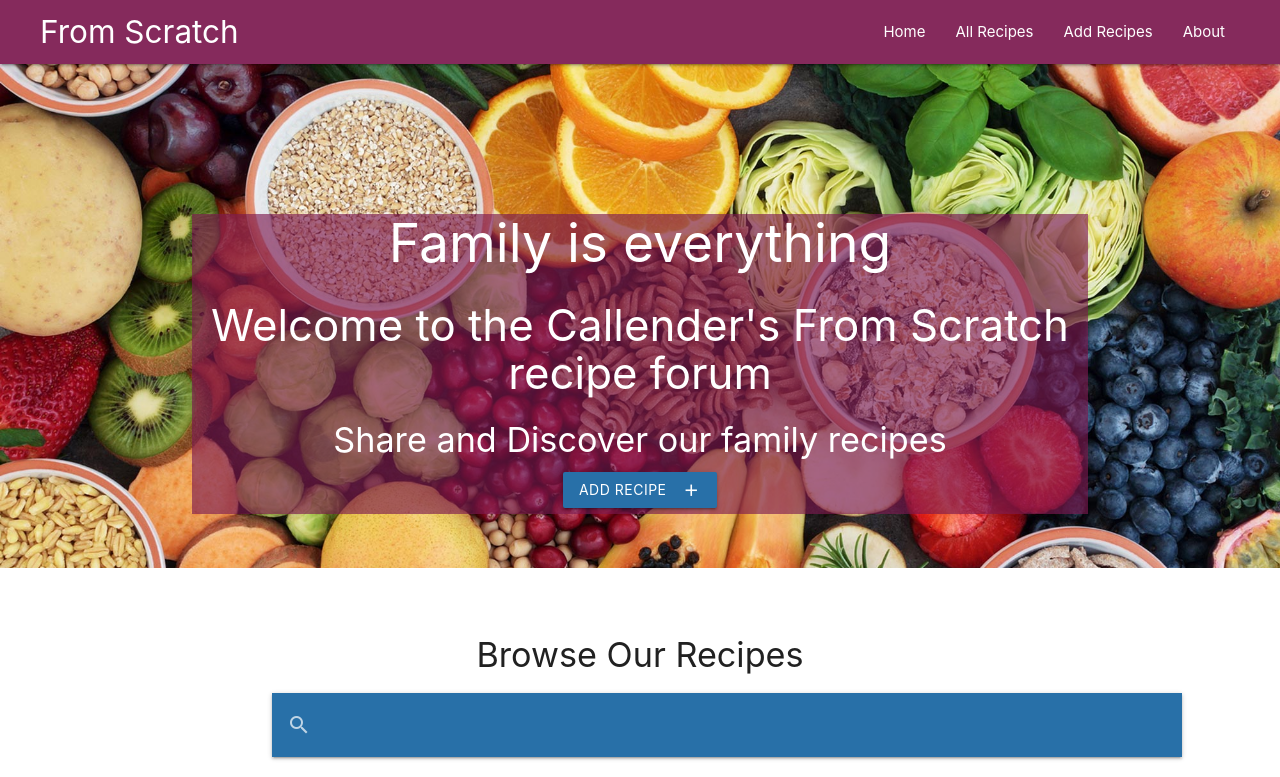
Repository: callendera/MilestoneProject3
Page: http://localhost/
The author's editor kept a record of every edit. The page is drawn from the files as they stood at one moment, then again after the next edit.
The browser window is 1280 px wide. The pictures show the whole page.
Backgrounds fixed to the window are drawn as part of the page. The page is served by the project's application, run on Flask 3 (recipe.py). Queries for data that is not in the repository find no rows.

Above is the page before.
Console error: SyntaxError: Unexpected token ')'

### templates/recipehome.html
{% extends 'base.html' %} {% block content %}
<div class="callout background-callout">
    <div class="container callout-text-background-color">

        <h2>Family is everything</h2>
        <h3>Welcome to the Callender's From Scratch recipe forum</h3>
        <h4>Share and Discover our family recipes</h4>
        <a href="#modal1" class="font-color modal-trigger"><button class="btn waves-effect waves-light center my-btn-color">Add Recipe
        <i class="material-icons right">add</i></a>

    </div>
</div>

<div id="all-recipes"></div>
</br>
</br>
<div class="container flow-text">
    <h4 class="center">Browse Our Recipes</h4>
    <div class="row recipe-row-margin">
            <nav class="my-search-bar-margin center">
                <div class="nav-wrapper my-btn-color">
                    <form>
                        <div class="input-field">
                            <input id="search" type="search" required>
                            <label class="label-icon" for="search"><i class="material-icons">search</i></label>
                            <i class="material-icons">close</i>
                        </div>
                    </form>
                </div>
            </nav>
        {% for recipes in from_scratch %}
        <div class="col s6">
            <a href="{{url_for('view_recipe', recipe_id=recipes._id)}}"><img class="materialboxed recipe-image" data-caption="{{recipes.recipe_name}}" src="{{recipes.recipe_image}}" alt="No Image Available"></a>
            <p class="recipe-name-margin"><strong>{{recipes.recipe_name}}</strong></p>
        </div>
        {% endfor %}
    </div>
</div>
{% endblock %}

### templates/base.html
<!DOCTYPE html>
<html>

<head>
    <link href="https://fonts.googleapis.com/icon?family=Material+Icons" rel="stylesheet">
    <!--link for Icons in Materialize-->

    <!--JQuery needs to be active before Materialize can render its' data-->

    <link rel="stylesheet" href="https://cdnjs.cloudflare.com/ajax/libs/materialize/1.0.0/css/materialize.min.css">
    <link rel="stylesheet" href="{{url_for('static',filename='css/style.css')}}" type="text/css" />
</head>

<body>
    <div class="navbar-fixed ">
        <nav class="transparent">
            <div class="nav-wrapper my-navbar-margin">
                <a href="index.html" class="brand-logo">From Scratch</a>
                <a href="#" data-target="mobile-nav" class="sidenav-trigger"><i class="material-icons">menu</i></a>
                <ul class="right hide-on-med-and-down">
                    <li><a href="{{ url_for('get_recipes') }}">Home</a></li>
                    <li><a href="#all-recipes">All Recipes</a></li>
                    <li><a class="modal-trigger" href="#modal1">Add Recipes</a></li>
                    <li><a href="mobile.html">About</a></li>
                </ul>
            </div>
        </nav>
    </div>


    <ul class="sidenav" id="mobile-nav">
        <li><a href="{{ url_for('get_recipes') }}">Home</a></li>
        <li><a href="#all-recipes">All Recipes</a></li>
        <li><a class="modal-trigger" href="#modal1">Add Recipes</a></li>
        <li><a href="mobile.html">About</a></li>
    </ul>



    {% block content %}
    <!--contains any content needed for each page, this give a template for such-->
    {% endblock %}
    <div id="modal1" class="modal">
        <div class="modal-content">
            <h3>Add Recipe</h3>
            <div class="row">
                <form class="col s12" action="{{ url_for('insert_recipe') }}" method='POST'>
                    <div class="row">
                        <div class="input-field col s6">
                            <input id="recipe_name" name="recipe_name" type="text" class="validate" required="" aria-required="true">
                            <label for="recipe_name">Recipe Name</label>
                        </div>

                        <div class="input-field col s6">
                            <select id="recipe_type" name="recipe_type" required="" aria-required="true">
                  <option value="" disabled selected>Choose your option</option>
                  <option value="1">Vegetarian</option>
                  <option value="2">Chicken</option>
                  <option value="3">Beef</option>
                  <option value="3">Vegan</option>
                  <option value="3">Fish</option>
                  <option value="3">Pork</option>
                </select>
                            <label>What is your recipe?</label>
                        </div>
                    </div>
                    <div class="row">
                        <div class="input-field col s12">
                            <input placeholder="List all Ingredients and Special Instructions" name="ingredients0" id="ingredients0" type="text" class="validate" required="" aria-required="true">
                            <label for="ingredients0">Ingredients</label>
                        </div>
                    </div>
                    <div class="row">
                        <div class="input-field col s12">
                            <input id="directions0" name="directions0" type="text" class="validate" required="" aria-required="true">
                            <label for="directions0">Directions</label>
                        </div>
                    </div>
                    <div class="row">
                        <div class="input-field col s12">
                            <input id="nutrition0" name="nutrition0" type="text" class="validate" required="" aria-required="true">
                            <label for="nutrition0">Nutrition Facts</label>
                        </div>
                    </div>
                    <div class="row">
                        <div class="col s6">
                            Serves:
                            <div class="input-field inline">
                                <input id="serves" name="serves" type="number" class="validate" required="" aria-required="true">
                                <label for="serves">How Many People? </label>

                            </div>
                        </div>
                        <div class="input-field col s6">
                            <input placeholder="Your Name" id="recipe_name" name="recipe_name" type="text" class="validate" required="" aria-required="true">
                            <label for="recipe_name">Recipe by:</label>
                        </div>
                    </div>
                    <div class="row">
                        <div class="input-field col s12">
                            <input placeholder="Please give the URL of your recipe image" id="recipe_image" name="recipe_image" type="text" class="validate">
                            <label for="recipe_image">Recipe Image</label>
                        </div>
                    </div>
                    <button class="btn waves-effect waves-light right my-btn-color" type="submit" name="action">Add Recipe
            <i class="material-icons right">add</i>
         </button>
                </form>
            </div>
        </div>

        <script src="https://cdnjs.cloudflare.com/ajax/libs/jquery/3.4.1/jquery.min.js" integrity="sha256-CSXorXvZcTkaix6Yvo6HppcZGetbYMGWSFlBw8HfCJo=" crossorigin="anonymous"></script>
        <script src="https://cdnjs.cloudflare.com/ajax/libs/materialize/1.0.0/js/materialize.min.js"></script>

        <script src='http://code.jquery.com/jquery-3.3.1.min.js'></script>
        <script src='/javascripts/register.js'></script>
        <!-- Script to use Materialize functionality-->
        <script type="text/javascript">
            $(document).ready(function() {
                $('select').formSelect();
            });
        </script>
        <script type="text/javascript">
            $(document).ready(function() {
                $('.collapsible').collapsible();
            });
        </script>
        <script type="text/javascript">
            $(document).ready(function() {
                $('.sidenav').sidenav();
            });
        </script>
        <script type="text/javascript">
            $(document).ready(function() {
                $('.fixed-action-btn').floatingActionButton();
            });
        </script>
        <script type="text/javascript">
            $(document).ready(function() {
                $('.modal').modal();
            });
        </script>


        <!-- script for the collapsibles-->
</body>

</html>

### recipe.py
import os
from flask import Flask, render_template, redirect, request, url_for
from flask_pymongo import PyMongo
from bson.objectid import ObjectId
#sets up application for use with PyMongo, Flask

app = Flask(__name__)
app.config["MONGO_DBNAME"] = 'from_scratch'
#creates link between Database and application
app.config["MONGO_URI"] = os.getenv("MONGO_URI")

#creates application to be tested

mongo = PyMongo(app)

@app.route('/')

@app.route('/get_recipes')
#Display text as proof of concept
def get_recipes():
    from_scratch = mongo.db.recipes.find()
    return render_template( "recipehome.html", from_scratch=from_scratch)

@app.route('/add_recipes')
def add_recipes():
    from_scratch = mongo.db.recipes.find()
    return render_template("recipehome.html")

@app.route('/insert_recipe', methods=['POST'])
def insert_recipe():
    from_scratch = mongo.db.recipes
    from_scratch.insert_one(request.form.to_dict())
    return redirect(url_for('get_recipes'))

@app.route('/view_recipe/<recipe_id>')
def view_recipe(recipe_id):
    return render_template('recipedetails.html', from_scratch=mongo.db.recipes.find({'_id': ObjectId(recipe_id)}))

if __name__ == '__main__':
    app.run(host=os.environ.get('IP'),
            port=int(os.environ.get('PORT')),
            debug=True)
#So they know how and where to run application

### static/css/style.css
.recipe-image {
    height: 300px;
    width: 400px;
    padding: 20px;
    padding-bottom: 0px;
    margin-top: 20px;
}

.recipe-name-margin {
    margin-top: 0px;
}

.view-recipe-container-margin {
    margin-bottom: 60px;
}

.background-callout {
    /*--- FOR ALL BACKGROUND CONTAINERS sets background image for callout container.
    it is set to not repeat, so the image doesnt stretch, and the image will be centered horizontally and
    pushed to the top of the container. the background will also not scroll, but remained positioned so things will scroll past it---*/
    background: url(../images/home.jpg)no-repeat center center fixed;
    -webkit-background-size: cover;
    -moz-background-size: cover;
    -o-background-size: cover;
    background-size: cover;
    overflow: hidden;
    align-items: center;
    justify-content: center;
    height: 40vh;
}


.callout-text-background-color {
    text-align: center;
    background-color: #7c1a50a3;
    color: white;
    height: 300px;
    margin-top: 400px;


}

.view-recipe-image {
    height: 500px;
    width: 800px;
    margin-left: 125px;
    margin-top: 30px;
}

.recipe-row-margin {
    margin-left: 80px;
}

.my-navbar-margin {
    padding-left: 40px;
    padding-right: 40px;
    background-color: #7c1a50ed;
}

.my-btn-color {
    background-color: #2870a8;
}

.my-btn-color:hover {
    /*--- color of background: blue ---*/
    background-color: #2870a8cf;
    /*--- when mouse is hovered the button will transition for
    .40seconds to a darker green color. the color will gradually ease in and then ease out. ---*/
    transition: all 0.40s ease-in-out;
    -moz-transition: all 0.40s ease-in-out;
    -webkit-transition: all 0.40s ease-in-out;
    -o-transition: all 0.40s ease-in-out;
    /*--- adjustments for each web browser ---*/
}


.my-link-color {
    color: #3384d8;
}

.font-color {
    color: white;
}

.my-search-bar-margin {
    margin-top: 20px;
    width: 910px;
}

/*---Media Queries---*/

/*--- adjustemnts for different screensizes,
    small-->big all features tested on google chrome inspect ---*/

@media (min-width: 576px) {
    .callout-text-background-color {
       margin-top: 200px; ;
    }

}

@media (min-width: 768px) {
    .background-callout {

        background: url("../images/home.jpg")no-repeat center center fixed;
        /*--- adjusts background for different browsers ---*/
        -webkit-background-size: cover;
        -moz-background-size: cover;
        -o-background-size: cover;
        background-size: cover;

        /*--- makes the background fit to the container ---*/
        overflow: hidden;

        /*--- aligns and justifies text in container ---*/
        align-items: center;
        justify-content: center;
        /*--- the height that container will take up in the viewport ---*/
        height: 60vh;
    }
    .callout-text-background-color {
       margin-top: 50px; ;
    }

}

@media (min-width: 992px) {
    .background-callout {

        background: url("../images/home.jpg")no-repeat center center fixed;
        /*--- adjusts background for different browsers ---*/
        -webkit-background-size: cover;
        -moz-background-size: cover;
        -o-background-size: cover;
        background-size: cover;

        /*--- makes the background fit to the container ---*/
        overflow: hidden;

        /*--- aligns and justifies text in container ---*/
        align-items: center;
        justify-content: center;
        /*--- the height that container will take up in the viewport ---*/
        height: 60vh;
    }
    .callout-text-background-color {
       margin-top: 90px; ;
    }
}

@media (min-width: 1200px) {
    .background-callout {

        background: url("../images/foods.jpg")no-repeat center center fixed;
        /*--- adjusts background for different browsers ---*/
        -webkit-background-size: cover;
        -moz-background-size: cover;
        -o-background-size: cover;
        background-size: cover;

        /*--- makes the background fit to the container ---*/
        overflow: hidden;

        /*--- aligns and justifies text in container ---*/
        align-items: center;
        justify-content: center;
        /*--- the height that container will take up in the viewport ---*/
        height: 70vh;
    }
    .callout-text-background-color {
       margin-top: 150px; ;
    }
}

### register.js
$(function(){
    $("#register").on('click', function(event){
        event.preventDefault();
        var username   = $("#username").val();
        var password   = $("#password").val();

        if(!username || !password ||){
            $("#msgDiv").show().html("All fields are required.");
        }
        else{
            $.ajax({
                url: "/register",
                method: "POST",
                data: { user_name: username, password: password }
            }).done(function( data ) {
                if ( data ) {
                    if(data.status == 'error'){
                        var errors = '<ul>';
                        $.each( data.message, function( key, value ) {
                            errors = errors +'<li>'+value.msg+'</li>';
                        });
                        errors = errors+ '</ul>';
                        $("#msgDiv").html(errors).show();
                    }else{
                        $("#msgDiv").removeClass('invalid').addClass('valid').html(data.message).show();
                    }
                }
            });
        }
    });
});

After the next edit:
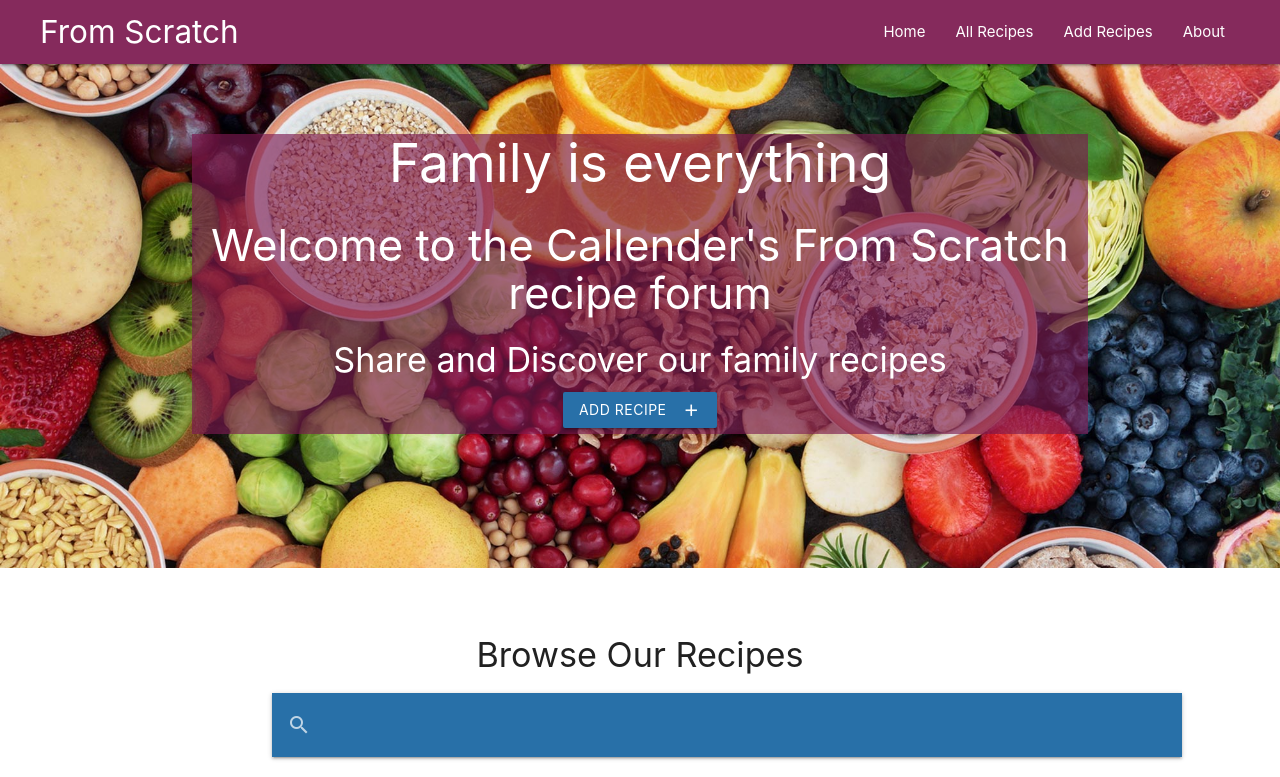
The edit:
--- a/static/css/style.css
+++ b/static/css/style.css
@@ -168,6 +168,6 @@
         height: 70vh;
     }
     .callout-text-background-color {
-       margin-top: 150px; ;
+       margin-top: 70px; ;
     }
 }
